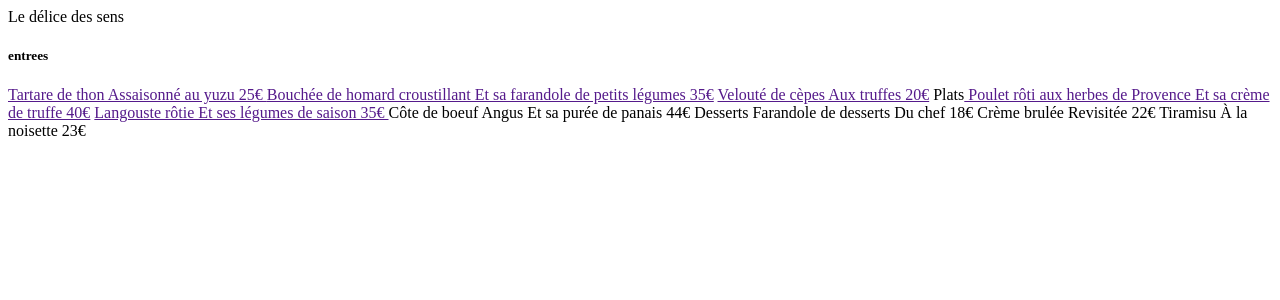
Repository: lysianebo/OHMYFOOD
Page: La_note_enchantée.html
The author's editor kept a copy of each file at every save. The page is drawn from the files as they stood at one save, then again after the next save.
The browser window is 1280 px wide. The pictures show the whole page.

Above is the page before, as saved 2022-10-22 13:07:47.

### La_note_enchantée.html
<!DOCTYPE html>
<html lang="en">
<head>
    <meta charset="UTF-8">
    <meta http-equiv="X-UA-Compatible" content="IE=edge">
    <meta name="viewport" content="width=device-width, initial-scale=1.0">
    <title>Document</title>
</head>
<body>
    Le délice des sens

 <h5>entrees</h5>
 <a href="" class="btn grey">Tartare de thon
Assaisonné au yuzu
25€
<a href="" class="btn grey">
Bouchée de homard croustillant
Et sa farandole de petits légumes
35€</a>
<a href="" class="btn grey">
Velouté de cèpes
Aux truffes
20€</a>

Plats<a href="" class="btn grey">
Poulet rôti aux herbes de Provence
Et sa crème de truffe
40€</a>
<a href="" class="btn grey">
Langouste rôtie
Et ses légumes de saison
35€
<a href="" class="btn grey"></a>
Côte de boeuf Angus
Et sa purée de panais
44€

Desserts
<a href="" class="btn grey"></a>Farandole de desserts
Du chef
18€

<a href="" class="btn grey"></a>Crème brulée
Revisitée
22€

<a href="" class="btn grey"></a>Tiramisu
À la noisette
23€

</body>
</html>

After the next save:
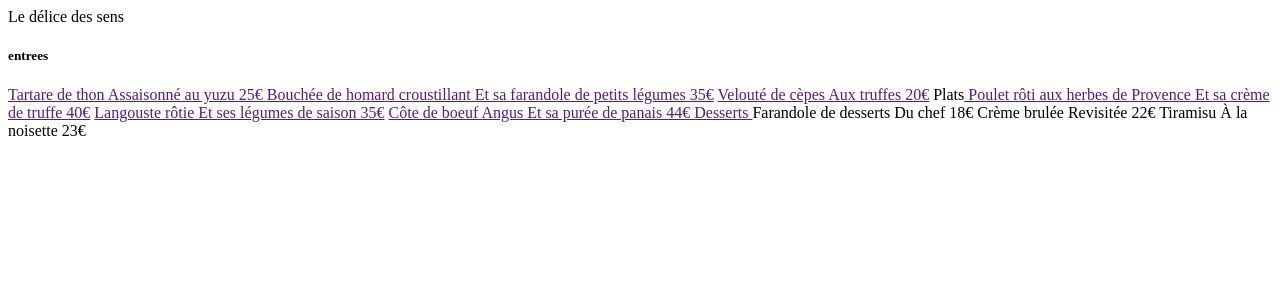
Saved 10 s later.
--- a/La_note_enchantée.html
+++ b/La_note_enchantée.html
@@ -29,8 +29,8 @@
 <a href="" class="btn grey">
 Langouste rôtie
 Et ses légumes de saison
-35€
-<a href="" class="btn grey"></a>
+35€</a>
+<a href="" class="btn grey">
 Côte de boeuf Angus
 Et sa purée de panais
 44€
